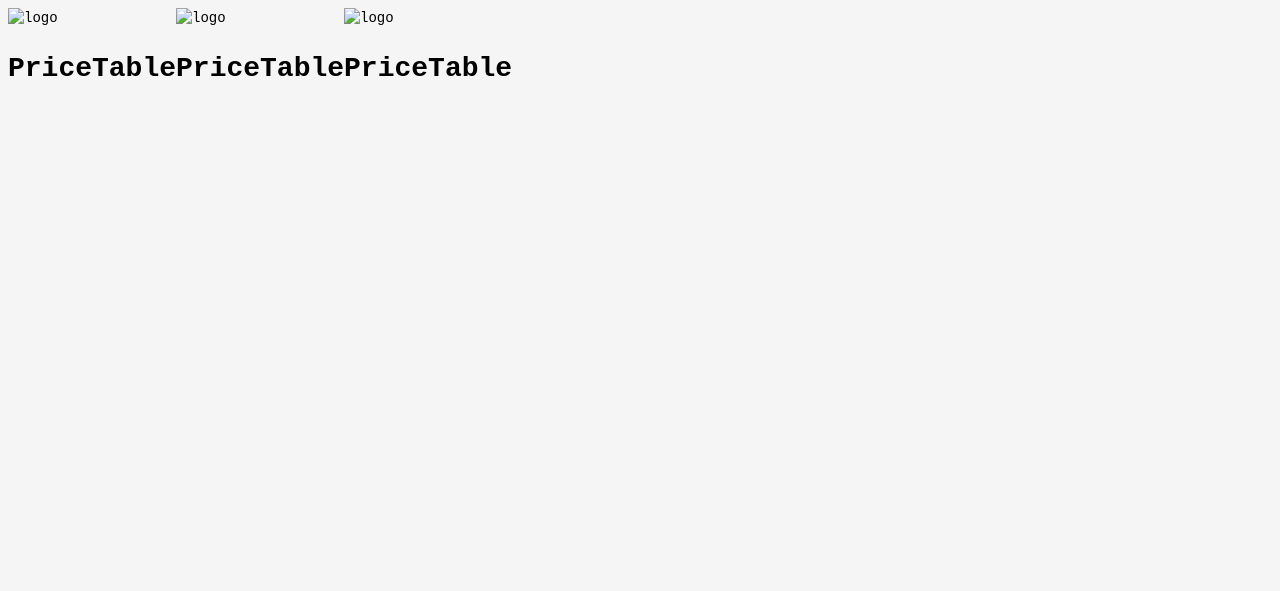
Repository: HoanTiny/pricetable
Page: index.html
These files come from the project's save history. The page is drawn as it stood at one moment and after the next save; the edit follows.
The browser window is 1280 px wide. The pictures show the whole page.

Above is the page before, as saved 2022-07-04 09:53:20.
Not found: assests/img/logo.png

After the next save:
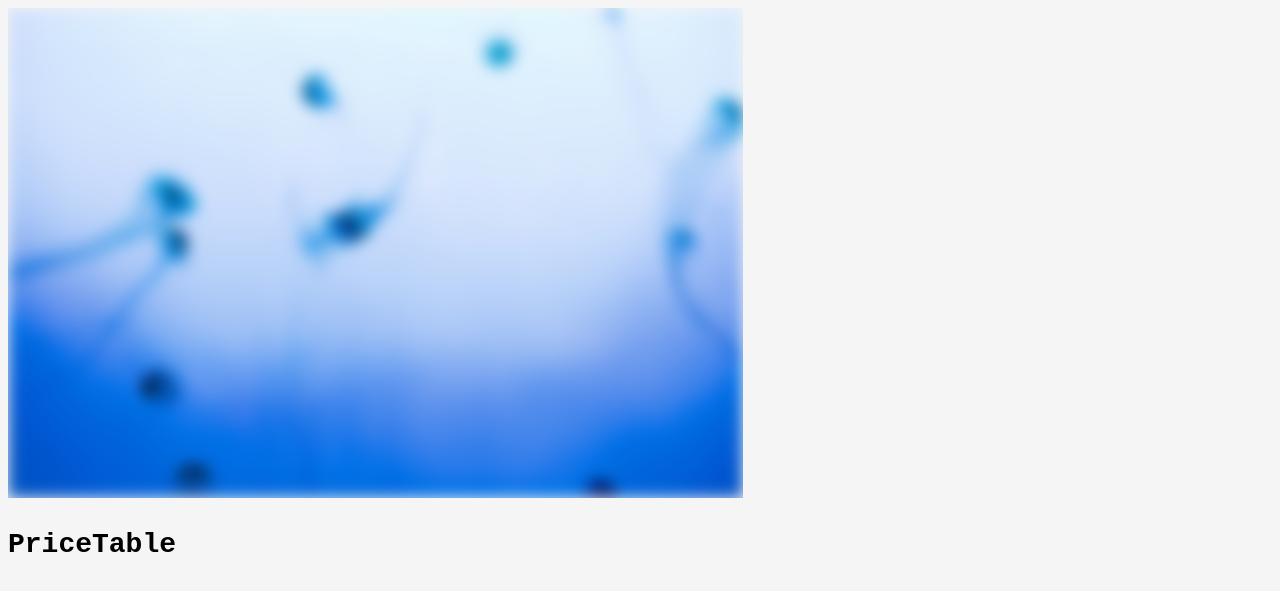
Saved 2 min 12 s later.
--- a/index.html
+++ b/index.html
@@ -9,25 +9,9 @@
     </head>
     <body>
         <div class="container">
-            <div class="column-1">
+            <div class="price-table">
                 <div class="img">
-                    <img src="./assests/img/logo.png" alt="logo" />
-                </div>
-                <div class="title">
-                    <h1>PriceTable</h1>
-                </div>
-            </div>
-            <div class="column-1">
-                <div class="img">
-                    <img src="./assests/img/logo.png" alt="logo" />
-                </div>
-                <div class="title">
-                    <h1>PriceTable</h1>
-                </div>
-            </div>
-            <div class="column-1">
-                <div class="img">
-                    <img src="./assests/img/logo.png" alt="logo" />
+                    <img src="./assests/img/ocean.png" alt="logo" />
                 </div>
                 <div class="title">
                     <h1>PriceTable</h1>
